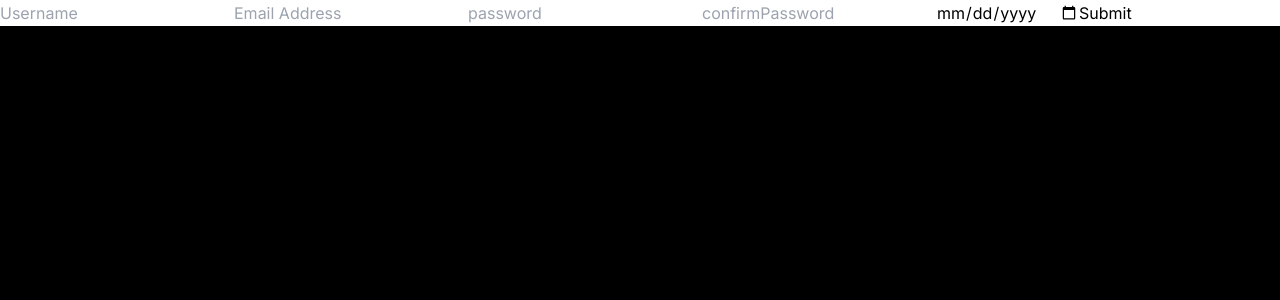
Repository: uh-sman/tiktok-card
Page: /
An editor plug-in stored every save of this project. The page is shown before and after the next save, followed by the edit.
The browser window is 1280 px wide. The pictures show the whole page.
The project was rebuilt for these pictures with package versions that can differ from the ones it lists, and the page was loaded fresh each time. The framework's server and built-in components were replaced by stand-ins that run in the browser. Also part of the build but not shown: next.config.js.

Above is the page before, as saved 2023-12-19 11:53:05.

### app/page.tsx
'use client'
import Input from "./components/Input";
import { FieldValues, SubmitHandler, useForm } from "react-hook-form";
export default function Home() {
  // const { register, handleSubmit, reset } = useForm<FieldValues>({
  //   defaultValues: {
  //     Username: "",
  //     email: '',
  //     password: '',
  //     confirmPassword: '',
  //     DateOfBirth: '',
  //     Bio: '',
  //     gender: '',
  //     termsAndConditions: ''
  //   }
  // })

  // const onSubmit: SubmitHandler<FieldValues> = () => {

  // }

  return (
    <div className="bg-black h-screen w-screen">
      {/* <div className="flex justify-center"> */}
      <div className="flex justify-center flex-col bg-white">
        <form onSubmit={()=> {}}>
          <Input
            className=""
            id="Username"
            placeholder="Username"
            type="text"
            onChange={() => {}}
          />
          <Input
            className=""
            id="email"
            placeholder="Email Address"
            type="email"
            onChange={() => {}}
          />
          <Input
            className=""
            id="password"
            placeholder="password"
            type="password"
            onChange={() => {}}
          />
          <Input
            className=""
            id="confirmPassword"
            placeholder="confirmPassword"
            type="email"
            onChange={() => {}}
          />
          <Input
            className=""
            id="DOB"
            placeholder="Date of Birth"
            type="date"
            onChange={() => {}}
          />
          <button>Submit</button>
        </form>
      </div>
      {/* </div> */}
    </div>
  );
}

### app/components/Input.tsx

type InputType = "text" | "password" | "file" | "email" | 'date'

interface InputProps {
    id: string;
    className: string;
    placeholder: string;
    type: InputType;
    onChange: (value: string, file?: File ) => void;
}

const Input: React.FC<InputProps> = ({
    id,
    className,
    placeholder,
    type,
    onChange
}) => {
    const handleChange = (event: React.ChangeEvent<HTMLInputElement>) => {
        const { value, files } = event.target;
        if (type === 'file' && files) {
            onChange(value, files[0]);
        } else {
            onChange(value);
        }
    };

    return (
        <input
            id={id}
            className=''
            placeholder={placeholder}
            type={type}
            onChange={handleChange}
        />
    );
};


export default Input;

Loaded but not shown: app/layout.tsx (common file); app/globals.css (common file); tailwind.config.ts (common file)

After the next save:
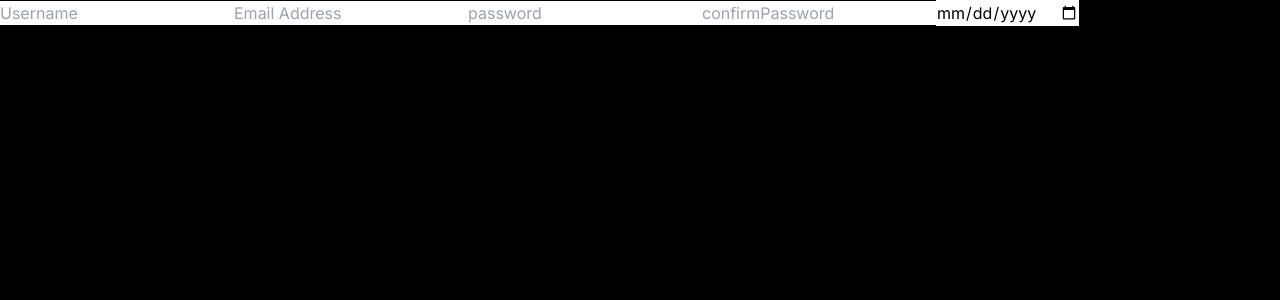
Saved 4 s later.
--- a/app/page.tsx
+++ b/app/page.tsx
@@ -22,7 +22,7 @@ export default function Home() {
   return (
     <div className="bg-black h-screen w-screen">
       {/* <div className="flex justify-center"> */}
-      <div className="flex justify-center flex-col bg-white">
+      <div className="flex justify-center flex-col">
         <form onSubmit={()=> {}}>
           <Input
             className=""
